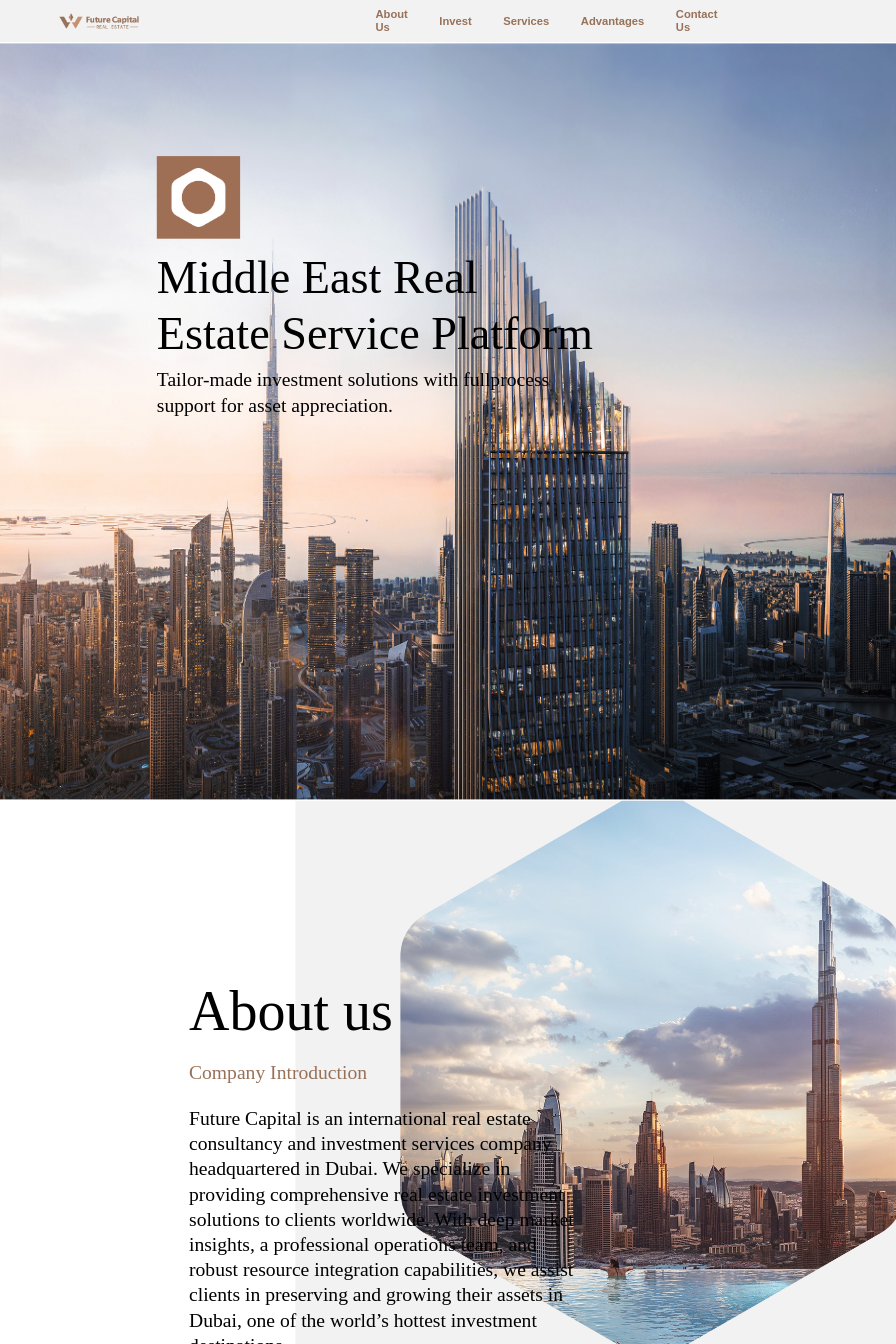
Repository: hcliu987/FutureCapital
Page: /
The author's editor kept a copy of each file at every save. The page is drawn from the files as they stood at one save, then again after the next save.
The browser window is 1280 px wide. The pictures show the part of the page from y = 0 to 1920 px (the page is 8610 px tall), at 70% of full size.
The project was rebuilt for these pictures with package versions that can differ from the ones it lists, and the page was loaded fresh each time. Also part of the build but not shown: vue.config.js.

Above is the page before, as saved 2025-01-18 14:06:18.

### src/App.vue
<template>
  <homePage />
</template>

<script setup>
import homePage from "./components/homePage.vue";
</script>

<style>
html,
body {
  margin: 0;
}
</style>

### src/components/homePage.vue
<template>
  <div class="homePage">
    <div class="nav">
      <div class="left">
        <img class="toplogo" src="@/assets/logo.png" />
      </div>
      <div class="right">
        <div><a href="#aboutUs">About Us</a></div>
        <div><a href="#invest">Invest</a></div>
        <div><a href="#services">Services</a></div>
        <div><a href="#advantages">Advantages</a></div>
        <div><a href="#contactUs">Contact Us</a></div>
      </div>
    </div>
    <div class="aboutUs" id="aboutUs">
      <img class="img_bg" src="@/assets/aboutUs_bg1.jpg" />
      <img class="logo" src="@/assets/aboutUs_logo.png" />
      <div class="title">Middle East Real</div>
      <div class="title">Estate Service Platform</div>
      <div class="subInfo m1">
        Tailor-made investment solutions with fullprocess
      </div>
      <div class="subInfo">support for asset appreciation.</div>
    </div>
    <div class="aboutUs2">
      <div class="left"></div>
      <div class="right">
        <img src="@/assets/aboutUs_bg2.png" />
      </div>
      <div class="con_txt">
        <div class="title">About us</div>
        <div class="subtitle">Company Introduction</div>
        <div class="intro">
          Future Capital is an international real estate consultancy and
          investment services company headquartered in Dubai. We specialize in
          providing comprehensive real estate investment solutions to clients
          worldwide. With deep market insights, a professional operations team,
          and robust resource integration capabilities, we assist clients in
          preserving and growing their assets in Dubai, one of the world’s
          hottest investment destinations.
        </div>
      </div>
    </div>
    <div class="aboutUs3">
      <div class="left">
        <img src="@/assets/aboutUs_bg3.png" />
      </div>
      <div class="right"></div>
      <div class="con_txt">
        <div class="title">Company Vision</div>
        <div class="line"></div>
        <div class="info">
          Whether you are looking for an ideal home or exploring high-yield
          investment opportunities, Future Capital is committed to a
          customer-first philosophy. <br /><br />
          We deliver tailored investment support through exceptional service
          quality and forward-thinking market analysis, ensuring a personalized
          experience for every client.
        </div>
      </div>
    </div>
    <div class="invest" id="invest">
      <div class="top">
        <div class="title">New Opportunities</div>
        <div class="title">for Global Asset Allocation</div>
        <div class="line"></div>
      </div>
      <div class="bottom">
        <div class="row">
          <div class="item">
            <div class="pre">0%</div>
            <div class="text">
              Tax Incentives: Zero personal income tax.Zero capital gains tax.
            </div>
          </div>
          <div class="item">
            <div class="pre">6%-8%</div>
            <div class="text">
              Leading Investment Returns:The real estate market offers an
              average annual rental yield of 6%-8%.
            </div>
          </div>
          <div class="item">
            <div class="pre">12%</div>
            <div class="text">
              High-End Residential Growth:Luxury residential projects boast an
              annual sales growth rate exceeding 12%.
            </div>
          </div>
        </div>
        <div class="row">
          <div class="item">
            <div class="pre">100%</div>
            <div class="text">
              Non-UAE investors can achieve 100% foreign ownership.
            </div>
          </div>
          <div class="item">
            <div class="pre">80%</div>
            <div class="text">
              Over 80% of the population in Dubai consists of expatriates,
              leading to steadily growing housing demand.
            </div>
          </div>
          <div class="item">
            <div class="pre">60%</div>
            <div class="text">
              Located at the intersection of Europe, Asia, and Africa, 60% of
              global markets are within an 8-hour flight radius.
            </div>
          </div>
        </div>
        <div class="btext m1">
          Dubai, as a world-leading international metropolis, serves not only as
          the economic and trade hub of
        </div>
        <div class="btext">
          the Middle East but also as a focal point for global investors.
        </div>
      </div>
    </div>
    <div class="services" id="services">
      <div class="top">
        <div class="line"></div>
        <div class="item">
          <div class="title">Our Services</div>
          <div>
            Assist the rental of of primary and secondary commercial/residential
            properties.
          </div>
          <div>
            Assist the rental of of primary and secondary commercial/residential
            properties.
          </div>
        </div>
      </div>
      <div class="imgs">
        <img class="img1" src="@/assets/services_bg1.png" />
        <img class="img2" src="@/assets/services_bg2.png" />
      </div>
    </div>
    <div class="advantages1" id="advantages">
      <img src="@/assets/advantages_bg1.jpg" />
      <div class="title">Our Advantages</div>
    </div>
    <div class="advantages2">
      <div class="top">
        <div class="item">
          <div class="title">Company Introduction</div>
          <div class="info">
            A professional real estate consultancy team offering accurate market
            analysis and expert advice.
          </div>
        </div>
        <div class="item h1">
          <div class="title">High-End Resource Integration</div>
          <div class="info">
            Collaborating with Dubai’s top developers, such as EMAAR, Nakheel,
            and DAMAC, to provide exclusive properties and premium resources.
          </div>
        </div>
        <div class="item h1">
          <div class="title">Customer First</div>
          <div class="info">
            Placing client needs at the core, delivering full process,
            comprehensive support from property selection to investment
            implementation.
          </div>
        </div>
        <div class="item">
          <div class="title">Global Perspective</div>
          <div class="info">
            Serving clients worldwide, including investors from China, the UK,
            India, Europe, and Gulf countries.
          </div>
        </div>
      </div>
      <div class="img">
        <img src="@/assets/advantages_bg2.png" />
      </div>
    </div>
    <div class="contact" id="contactUs">
      <div class="left">
        <img src="@/assets/contact_bg2.png" />
      </div>
      <div class="right">
        <img src="@/assets/contact_bg1.png" />
      </div>
      <div class="content">
        <div class="title">
          <img src="@/assets/aboutUs_logo.png" />
          <div class="text">Contact US</div>
        </div>
        <div class="info">
          Thank you for your interest and trust in us! For more information
          about our projects or to discuss any inquiries and collaboration
          opportunities, feel free to reach out to our professional team. You
          can contact us through the following channels, and we look forward to
          providing you with the best service.
        </div>
        <div class="detail">
          <div class="key">Phone</div>
          <div class="value">+971 50 350 8883</div>
        </div>
        <div class="detail">
          <div class="key">Email</div>
          <div class="value">michael@futurecapital.ae</div>
        </div>
        <div class="detail">
          <div class="key">Address</div>
          <div class="value">
            3rd Floor Westburry Tower, Al Abraj Street Business Bay, Dubai
          </div>
        </div>
        <div class="end">
          We look forward to working with you to build a better future !
        </div>
      </div>
    </div>
  </div>
</template>

<script setup>
</script>


<style scoped>
.homePage {
  max-width: 1920px;
}
.nav {
  height: 60px;
  background: #f2f2f2;
  display: flex;
  align-items: center;
  justify-content: space-between;
  padding: 0 210px 0 85px;
  margin-bottom: 2px;
}
.nav .left {
  display: flex;
  align-items: center;
}
.nav .left img {
  margin-right: 12px;
}
.nav .right {
  display: flex;
  align-items: center;
  justify-content: end;
  width: 100%;
  font-family: 'Outfit Bold', sans-serif;
}
.nav .right div {
  margin-right: 45px;
  color: #987159;
  cursor: pointer;
  font-size: 16px;
  font-weight: bold;
}
.nav .right a {
  color: #987159;
  text-decoration: none;
}
.aboutUs {
  width: 100%;
  position: relative;
  min-height: 1080px;
  margin-bottom: 2px;
}
.aboutUs .img_bg {
  max-width: 100%;
  position: absolute;
  min-height: 1080px;
}
.aboutUs .logo {
  width: 118.5px;
  height: 118.5px;
  margin: 160.5px 0 12px 224px;
  position: relative;
  z-index: 1;
}
.nav .left .toplogo{
  width: 25%;
  height: 25%;
}
.aboutUs .title {
  margin-left: 224px;
  font-size: 66px;
  font-weight: 400;
  color: #000;
  line-height: 80px;
  position: relative;
  z-index: 1;
  font-family: ;
}
.aboutUs .subInfo {
  margin-left: 224px;
  font-size: 28px;
  line-height: 36px;
  position: relative;
  z-index: 1;
}
.aboutUs .m1 {
  margin-top: 8px;
}
.aboutUs2 {
  display: flex;
  width: 100%;
  min-height: 1080px;
  position: relative;
  margin-bottom: 2px;
}
.aboutUs2 .left {
  width: 33%;
  background: #fff;
}
.aboutUs2 .right {
  width: 67%;
  background: #f2f2f2;
  text-align: right;
}
.aboutUs2 .right img {
  max-width: 82.5%;
}
.aboutUs2 .con_txt {
  position: absolute;
  top: 260px;
  left: 270px;
  width: 573px;
}
.aboutUs2 .title {
  font-size: 80px;
  line-height: 80px;
  color: #000;
}
.aboutUs2 .subtitle {
  font-size: 28px;
  color: #987159;
  line-height: 36px;
  margin: 30px 0;
}
.aboutUs2 .intro {
  font-size: 28px;
  line-height: 36px;
}
.aboutUs3 .left {
  width: 55.7%;
}
.aboutUs3 {
  display: flex;
  width: 100%;
  position: relative;
  margin-bottom: 2px;
}
.aboutUs3 .right {
  width: 44.3%;
  background: #f2f2f2;
}
.aboutUs3 .con_txt {
  width: 851px;
  height: 678px;
  background: #fff;
  position: absolute;
  top: 110px;
  right: 110px;
  padding: 182px 0 0 132px;
}
.aboutUs3 .con_txt .title {
  font-size: 28px;
  color: #987159;
  line-height: 36px;
  margin-bottom: 66px;
}
.aboutUs3 .con_txt .line {
  height: 1px;
  width: 145px;
  margin-bottom: 38px;
  background: #987159;
}
.aboutUs3 .con_txt .info {
  width: 533px;
  font-size: 28px;
  line-height: 36px;
}
.invest .top {
  height: 360px;
  background: #fff;
  text-align: center;
  display: flex;
  align-items: center;
  flex-direction: column;
  justify-content: center;
}
.invest .top .title {
  font-size: 80px;
  color: #000;
  line-height: 80px;
}
.invest .top .line {
  height: 1px;
  background: #987159;
  width: 773px;
  margin-top: 32px;
}
.invest .bottom {
  height: 600px;
  background: #f2f2f2;
  padding: 90px 200px 30px 328px;
}
.invest .bottom .row {
  display: flex;
  justify-content: space-between;
}
.invest .bottom .row .item {
  height: 215px;
  width: 314px;
  margin-bottom: 40px;
}
.invest .bottom .row .pre {
  font-size: 80px;
  line-height: 80px;
  color: #987159;
  margin-bottom: 7.5px;
}
.invest .bottom .row .text {
  font-size: 20px;
  line-height: 25.2px;
  color: #000;
}
.invest .bottom .btext {
  width: 100%;
  text-align: center;
  font-size: 28px;
  line-height: 36px;
}
.invest .bottom .m1 {
  margin-top: 10px;
}
.services {
  min-height: 1080px;
  background: #fff;
  margin: 2px 0;
}
.services .top {
  height: 232px;
  padding: 150px 120px 150px 150px;
}
.services .top .line {
  width: 466px;
  height: 1px;
  background: #987159;
  margin-bottom: 65px;
}
.services .top .item {
  display: flex;
  align-items: center;
  justify-content: space-between;
  height: 106px;
}
.services .top .item div {
  max-width: 460px;
  font-size: 28px;
  line-height: 36px;
}
.services .top .item .title {
  max-width: 550px;
  font-size: 80px;
}
.services .imgs {
  display: flex;
  width: 100%;
}
.services .imgs .img1 {
  width: 67%;
}
.services .imgs .img2 {
  width: 33%;
}
.advantages1 {
  min-height: 1080px;
  margin-bottom: 2px;
  position: relative;
  display: flex;
  align-items: center;
  justify-content: center;
}
.advantages1 .title {
  font-size: 80px;
  position: relative;
  color: #fff;
  z-index: 1;
}
.advantages1 img {
  min-height: 1080px;
  width: 100%;
  position: absolute;
}
.advantages2 {
  min-height: 1080px;
  background: #fff;
  margin-bottom: 2px;
}
.advantages2 .img {
  height: 488px;
}
.advantages2 .top {
  height: 529px;
  padding: 63px 142px 0 172px;
  display: flex;
  justify-content: space-between;
}
.advantages2 .top .item {
  width: 332px;
}
.advantages2 .top .h1 {
  width: 345px;
}
.advantages2 .top .title {
  color: #987159;
  height: 180px;
  font-size: 28px;
  display: flex;
  align-items: flex-end;
  margin-bottom: 40px;
  font-weight: 700;
}
.advantages2 .top .info {
  font-size: 28px;
}
.advantages2 .img img {
  width: 100%;
  height: 100%;
}
.contact {
  display: flex;
  position: relative;
}
.contact .left {
  background: #f2f2f2;
  width: 50%;
  display: flex;
  align-items: center;
}
.contact .left img {
  max-width: 22%;
  position: relative;
  z-index: 1;
}
.contact .right {
  width: 50%;
  background: #987159;
  display: flex;
  align-items: center;
  justify-content: end;
}
.contact .right img {
  max-width: 60%;
}
.contact .content {
  width: 870px;
  height: 613px;
  position: absolute;
  top: 108px;
  left: 194px;
  background: #fff;
  padding: 129px 65px 120px 100px;
}
.contact .content .title {
  display: flex;
  align-items: flex-end;
  margin-bottom: 80px;
}
.contact .content img {
  width: 118px;
  height: 118px;
}
.contact .content .title .text {
  font-size: 80px;
  line-height: 80px;
  margin-left: 93px;
}
.contact .content .info {
  font-size: 28px;
  line-height: 36px;
  margin-bottom: 30px;
}
.contact .content .detail {
  display: flex;
  margin-bottom: 16px;
}
.contact .content .key,
.contact .content .value {
  min-width: 119px;
  font-size: 22px;
  color: #987159;
  line-height: 30px;
}
.contact .content .value {
  color: #000;
}
.contact .content .end {
  font-size: 28px;
  line-height: 36px;
  text-align: center;
  margin-top: 50px;
}
</style>

Loaded but not shown: public/index.html (common file); src/main.js (common file)

After the next save:
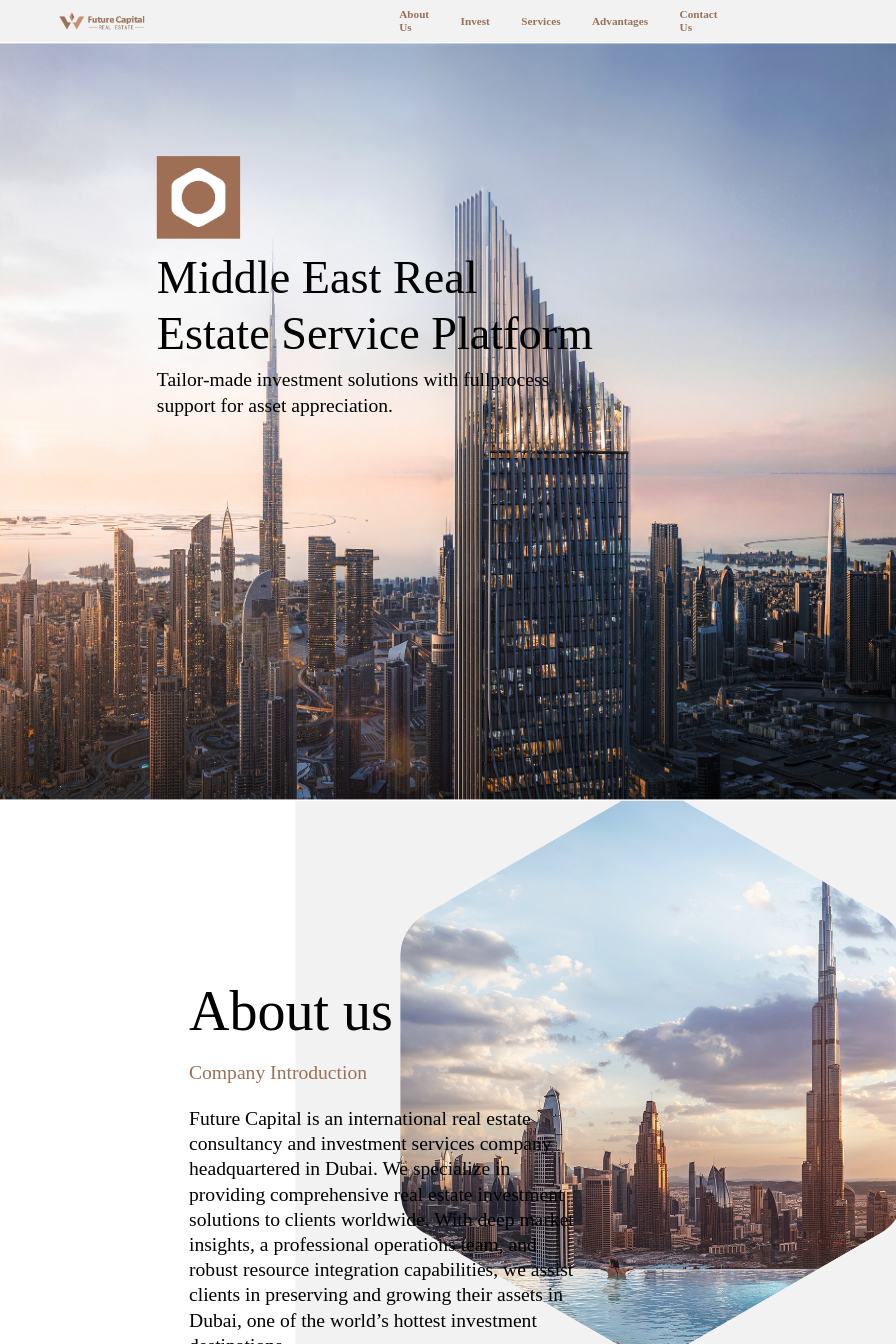
Saved 5 min 2 s later.
--- a/src/components/homePage.vue
+++ b/src/components/homePage.vue
@@ -249,7 +249,7 @@
   align-items: center;
   justify-content: end;
   width: 100%;
-  font-family: 'Outfit Bold', sans-serif;
+  font-family: 'Outfit Bold';
 }
 .nav .right div {
   margin-right: 45px;
